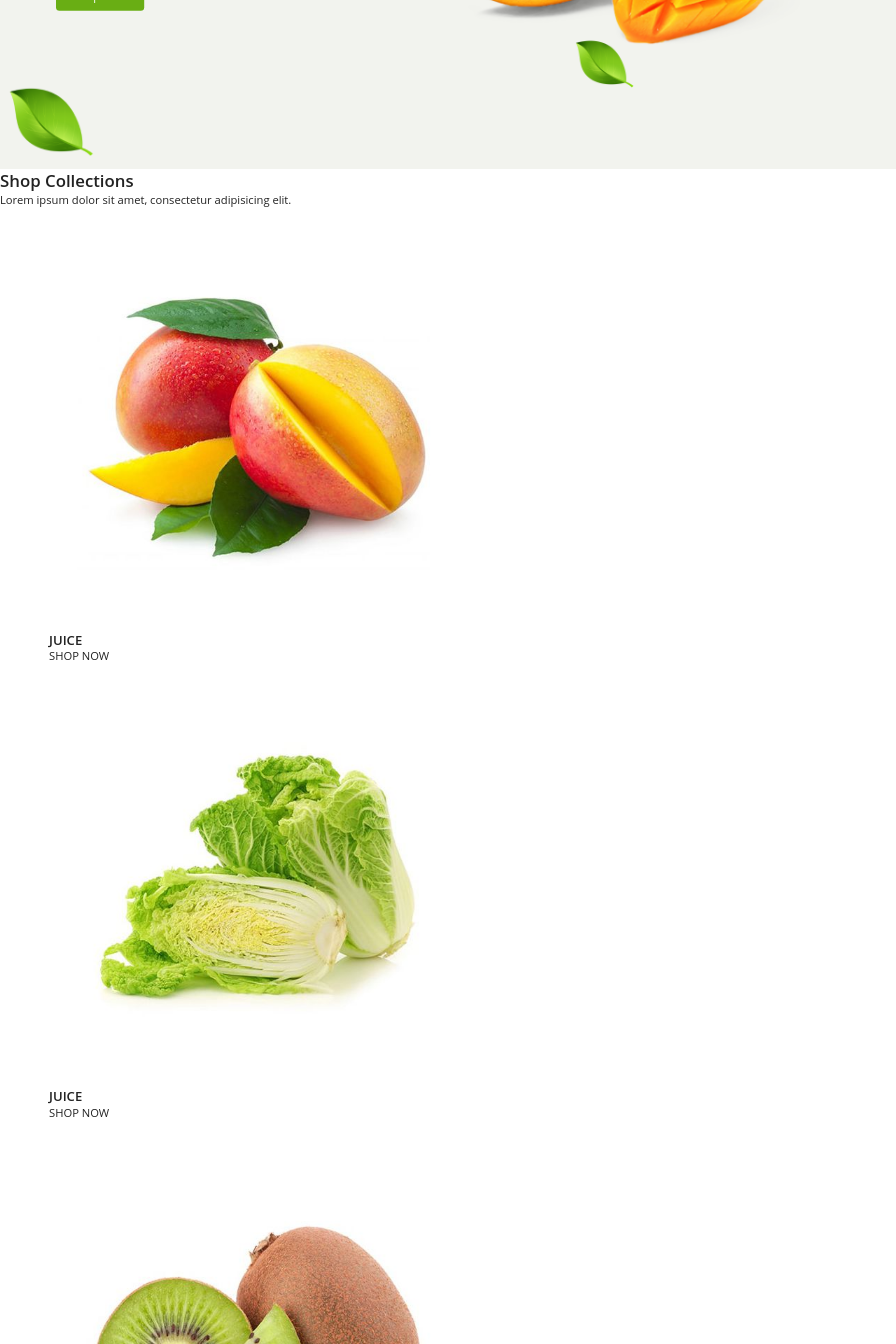
Repository: hoanggiainfomation/hoanggiainfomation.github.io
Page: index.html
The author's editor kept a copy of each file at every save. The page is drawn from the files as they stood at one save, then again after the next save.
The browser window is 1280 px wide. The pictures show the part of the page from y = 478 to 2398 px (the page is 4687 px tall before and 4910 px after), at 70% of full size.
Some web libraries are served in a nearby version.

Above is the page before, as saved 2021-08-17 20:03:35.

After the next save:
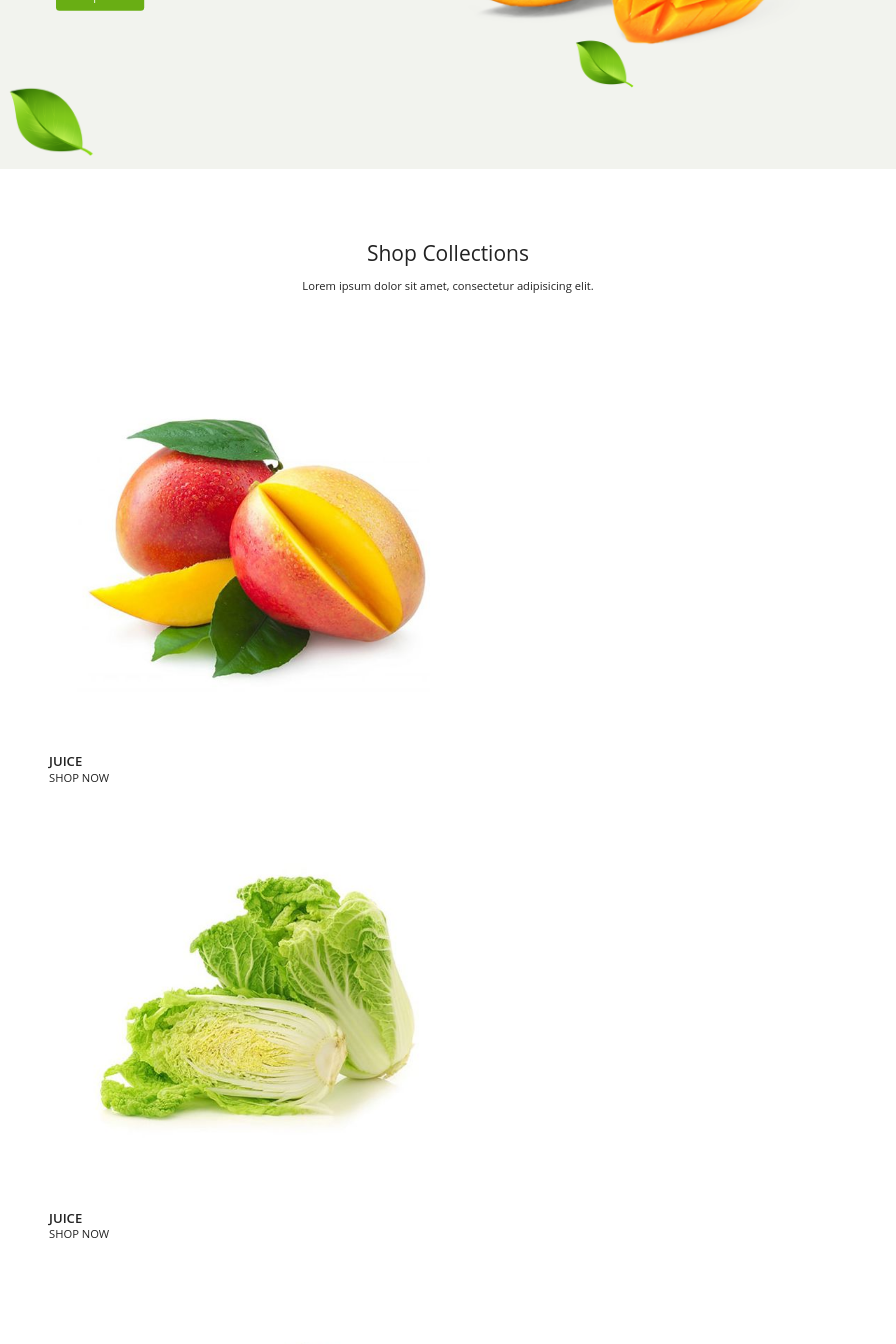
Saved 90 s later.
--- a/styles.css
+++ b/styles.css
@@ -535,3 +535,17 @@ nav .wrapper {
     width: 80%;
   }
 }
+/* Collection */
+section {
+  padding: 10rem 0 5rem 0;
+  overflow: hidden;
+}
+section .title {
+  text-align: center;
+  margin-bottom: 5rem;
+}
+section .title h2 {
+  font-size: 3rem;
+  font-weight: 400;
+  margin-bottom: 1.5rem;
+}
